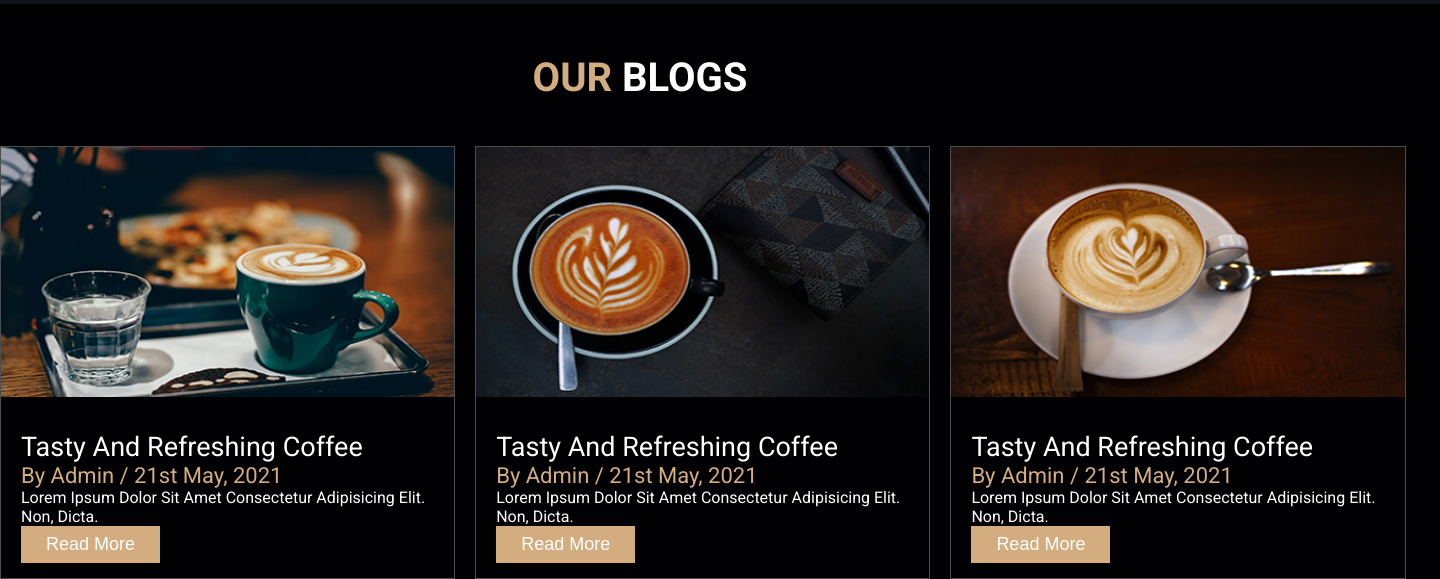
Repository: Dinhthai303/DinhThai
Page: index.html
The author's editor kept a copy of each file at every save. The page is drawn from the files as they stood at one save, then again after the next save.
The browser window is 1280 px wide. The page is 1440 px wide, so the pictures cover 1440 px, including what lies to the right of the window. The pictures show the part of the page from y = 4258 to 4837 px (the page is 4837 px tall before and 4836 px after).

Above is the page before, as saved 2021-11-28 01:39:59.

### index.html
<!DOCTYPE html>
<html lang="en">

<head>
    <meta charset="UTF-8">
    <meta http-equiv="X-UA-Compatible" content="IE=edge">
    <meta name="viewport" content="width=device-width, initial-scale=1.0">
    <title>Document</title>
    <!-- FONT AWESOME -->
    <link rel="stylesheet" href="https://cdnjs.cloudflare.com/ajax/libs/font-awesome/6.0.0-beta3/css/all.min.css"
        integrity="sha512-Fo3rlrZj/k7ujTnHg4CGR2D7kSs0v4LLanw2qksYuRlEzO+tcaEPQogQ0KaoGN26/zrn20ImR1DfuLWnOo7aBA=="
        crossorigin="anonymous" referrerpolicy="no-referrer" />
    <!-- GOOLE FONT -->
    <link rel="preconnect" href="https://fonts.googleapis.com">
    <link rel="preconnect" href="https://fonts.gstatic.com" crossorigin>
    <link href="https://fonts.googleapis.com/css2?family=Roboto:wght@300;400;500;700&display=swap" rel="stylesheet">
    <!-- MAIN CSS -->
    <link rel="stylesheet" href="./css/style.css">
</head>

<body>
    <header class="header">
        <div class="container">
            <div class="header__content">
                <div class="header__logo">
                    <img src="./images/logo.png" alt="">
                </div>
                <ul class="header__menu">
                    <li class="header__item"><a class="header__link" href="#">Home</a></li>
                    <li class="header__item"><a class="header__link" href="#">About</a></li>
                    <li class="header__item"><a class="header__link" href="#">Menu</a></li>
                    <li class="header__item"><a class="header__link" href="#">Product</a></li>
                    <li class="header__item"><a class="header__link" href="#">Review</a></li>
                    <li class="header__item"><a class="header__link" href="#">Contact</a></li>
                    <li class="header__item"><a class="header__link" href="#">Blog</a></li>
                </ul>
                <div class="header__icon">
                    <i class="fa fa-search"></i>
                    <i class="fa fa-shopping-cart"></i>
                </div>
            </div>
        </div>
    </header>
    <section class="banner">
        <div class="banner__content">
            <img class="banner__image" src="./images/home-img.jpeg" alt="">
            <div class="banner__text">
                <h3 class="banner__title">FRESH COFFEE IN THE MORNING</h3>
                <p class="banner__desc">Lorem Ipsum, Dolor Sit Amet Consectetur Adipisicing Elit. Placeat Labore, Sint
                    Cupiditate Distinctio Tempora Reiciendis.</p>
                <button class="btn">Get Your now</button>
            </div>
        </div>
    </section>
    <section class="about">
        <h2 class="heading">About <span>us</span></h2>
        <div class="container">
            <div class="about__content">
                <div class="about__left">
                    <img class="about__image" src="./images/about-img.jpeg" alt="">
                </div>
                <div class="about__right">
                    <div class="about__text">
                        <h2 class="about__title">What Makes Our Coffee Special?</h2>
                        <p class="about__desc">Lorem Ipsum Dolor Sit Amet Consectetur Adipisicing Elit. Voluptatibus Qui
                            Ea Ullam, Enim Tempora Ipsum Fuga Alias Quae Ratione A Officiis Id Temporibus Autem? Quod
                            Nemo Facilis Cupiditate. Ex, Vel?</p>
                        <p class="about__desc">Lorem Ipsum Dolor Sit Amet Consectetur, Adipisicing Elit. Odit Amet Enim
                            Quod Veritatis, Nihil Voluptas Culpa! Neque Consectetur Obcaecati Sapiente?</p>
                        <button class="btn about__button">Learn More</button>
                    </div>
                </div>
            </div>
        </div>
    </section>
    <section class="menu">
        <h2 class="heading"><span>our</span> menu</h2>
        <div class="container">
            <div class="menu__content">
                <div class="menu__item">
                    <div class="menu__text">
                        <img src="./images/menu-1.png" alt="" class="menu__img">
                        <h3 class="menu__title">Tasty And Healty
                        </h3>
                        <div class="menu__price price">$15.99 <span class="menu__price--old old">20.99</span></div>
                        <button class="btn menu__button">Add To Cart</button>
                    </div>
                </div>
                <div class="menu__item">
                    <div class="menu__text">
                        <img src="./images/menu-2.png" alt="" class="menu__img">
                        <h3 class="menu__title">Tasty And Healty
                        </h3>
                        <div class="menu__price price">$15.99 <span class="menu__price--old old">20.99</span></div>
                        <button class="btn menu__button">Add To Cart</button>
                    </div>
                </div>
                <div class="menu__item">
                    <div class="menu__text">
                        <img src="./images/menu-3.png" alt="" class="menu__img">
                        <h3 class="menu__title">Tasty And Healty
                        </h3>
                        <div class="menu__price price">$15.99 <span class="menu__price--old old">20.99</span></div>
                        <button class="btn menu__button">Add To Cart</button>
                    </div>
                </div>
                <div class="menu__item">
                    <div class="menu__text">
                        <img src="./images/menu-4.png" alt="" class="menu__img">
                        <h3 class="menu__title">Tasty And Healty
                        </h3>
                        <div class="menu__price price">$15.99 <span class="menu__price--old price">20.99</span></div>
                        <button class="btn menu__button">Add To Cart</button>
                    </div>
                </div>
                <div class="menu__item">
                    <div class="menu__text">
                        <img src="./images/menu-5.png" alt="" class="menu__img">
                        <h3 class="menu__title">Tasty And Healty
                        </h3>
                        <div class="menu__price price">$15.99 <span class="menu__price--old old">20.99</span></div>
                        <button class="btn menu__button">Add To Cart</button>
                    </div>
                </div>
                <div class="menu__item">
                    <div class="menu__text">
                        <img src="./images/menu-6.png" alt="" class="menu__img">
                        <h3 class="menu__title">Tasty And Healty
                        </h3>
                        <div class="menu__price price">$15.99 <span class="menu__price--old old">20.99</span></div>
                        <button class="btn menu__button">Add To Cart</button>
                    </div>
                </div>
            </div>
        </div>
    </section>
    <section class="products">
        <h2 class="heading"><span>OUR</span> PRODUCTS</h2>
        <div class="container">
            <div class="products__content">
                <div class="products__item">
                    <div class="products__social">
                        <i class="fa fa-shopping-cart"></i>
                        <i class="fa fa-heart"></i>
                        <i class="fa fa-eye"></i>
                    </div>
                    <div class="products__img">
                        <img src="./images/product-2.png" alt="">
                    </div>
                    <h3 class="products__title">Fresh Coffee</h3>
                    <div class="star">
                        <i class="fa fa-star"></i>
                        <i class="fa fa-star"></i>
                        <i class="fa fa-star"></i>
                        <i class="fa fa-star"></i>
                        <i class="fa fa-star-half-alt"></i>
                    </div>
                    <div class="price">$15.99 <span class="old">20.99</span></div>
                </div>
                <div class="products__item">
                    <div class="products__social">
                        <i class="fa fa-shopping-cart"></i>
                        <i class="fa fa-heart"></i>
                        <i class="fa fa-eye"></i>
                    </div>
                    <div class="products__img">
                        <img src="./images/product-3.png" alt="">
                    </div>
                    <h3 class="products__title">Fresh Coffee</h3>
                    <div class="star">
                        <i class="fa fa-star"></i>
                        <i class="fa fa-star"></i>
                        <i class="fa fa-star"></i>
                        <i class="fa fa-star"></i>
                        <i class="fa fa-star-half-alt"></i>
                    </div>
                    <div class="price">$15.99 <span class="old">20.99</span></div>
                </div>
                <div class="products__item">
                    <div class="products__social">
                        <i class="fa fa-shopping-cart"></i>
                        <i class="fa fa-heart"></i>
                        <i class="fa fa-eye"></i>
                    </div>
                    <div class="products__img">
                        <img src="./images/product-1.png" alt="">
                    </div>
                    <h3 class="products__title">Fresh Coffee</h3>
                    <div class="star">
                        <i class="fa fa-star"></i>
                        <i class="fa fa-star"></i>
                        <i class="fa fa-star"></i>
                        <i class="fa fa-star"></i>
                        <i class="fa fa-star-half-alt"></i>
                    </div>
                    <div class="price">$15.99 <span class="old">20.99</span></div>
                </div>
            </div>
        </div>
    </section>
    <section class="review">
        <h2 class="heading"><span>CUSTOMER'S</span> REVIEW</h2>
        <div class="container">
            <div class="review__content">
                <div class="review__item">
                    <img src="./images/quote-img.png" alt="" class="review__top">
                    <p class="review__desc">Lorem Ipsum Dolor Sit Amet Consectetur Adipisicing Elit. Animi Nulla Sit
                        Libero Nemo Fuga Sequi Nobis? Necessitatibus Aut Laborum, Nisi Quas Eaque Laudantium
                        Consequuntur Iste Ex Aliquam Minus Vel? Nemo.</p>
                    <img src="./images/pic-1.png" alt="" class="review__avatar">
                    <h3 class="review__author">John Deo
                    </h3>
                    <div class="star">
                        <i class="fa fa-star"></i>
                        <i class="fa fa-star"></i>
                        <i class="fa fa-star"></i>
                        <i class="fa fa-star"></i>
                        <i class="fa fa-star-half-alt"></i>
                    </div>
                </div>
                <div class="review__item">
                    <img src="./images/quote-img.png" alt="" class="review__top">
                    <p class="review__desc">Lorem Ipsum Dolor Sit Amet Consectetur Adipisicing Elit. Animi Nulla Sit
                        Libero Nemo Fuga Sequi Nobis? Necessitatibus Aut Laborum, Nisi Quas Eaque Laudantium
                        Consequuntur Iste Ex Aliquam Minus Vel? Nemo.</p>
                    <img src="./images/pic-2.png" alt="" class="review__avatar">
                    <h3 class="review__author">John Deo
                    </h3>
                    <div class="star">
                        <i class="fa fa-star"></i>
                        <i class="fa fa-star"></i>
                        <i class="fa fa-star"></i>
                        <i class="fa fa-star"></i>
                        <i class="fa fa-star-half-alt"></i>
                    </div>
                </div>
                <div class="review__item">
                    <img src="./images/quote-img.png" alt="" class="review__top">
                    <p class="review__desc">Lorem Ipsum Dolor Sit Amet Consectetur Adipisicing Elit. Animi Nulla Sit
                        Libero Nemo Fuga Sequi Nobis? Necessitatibus Aut Laborum, Nisi Quas Eaque Laudantium
                        Consequuntur Iste Ex Aliquam Minus Vel? Nemo.</p>
                    <img src="./images/pic-3.png" alt="" class="review__avatar">
                    <h3 class="review__author">John Deo
                    </h3>
                    <div class="star">
                        <i class="fa fa-star"></i>
                        <i class="fa fa-star"></i>
                        <i class="fa fa-star"></i>
                        <i class="fa fa-star"></i>
                        <i class="fa fa-star-half-alt"></i>
                    </div>
                </div>
            </div>
        </div>
    </section>
    <section class="contact">
        <h2 class="heading">CONTACT <span>US</span></h2>
        <div class="container">
            <div class="contact__content">
                <div class="contact__map">
                    <iframe
                        src="https://www.google.com/maps/embed?pb=!1m18!1m12!1m3!1d3919.5668037483!2d106.68553171533858!3d10.767831062295425!2m3!1f0!2f0!3f0!3m2!1i1024!2i768!4f13.1!3m3!1m2!1s0x31752f18039575d7%3A0x3f90b2c941faeed4!2sFPT-APTECH!5e0!3m2!1svi!2s!4v1638037058853!5m2!1svi!2s"
                        width="600" height="450" style="border:0;" allowfullscreen="" loading="lazy"></iframe>
                </div>
                <div class="contact__right">
                    <div class="contact__box">
                        <h2 class="heading contact__"><span>GET IN TOUCH
                            </span></h2>
                        <div class="contact__input">
                            <i class="fa fa-user"></i>
                            <input type="text" placeholder="Name">
                        </div>
                        <div class="contact__input">
                            <i class="fa fa-envelope"></i>
                            <input type="text" placeholder="Email">
                        </div>
                        <div class="contact__input">
                            <i class="fa fa-phone"></i>
                            <input type="text" placeholder="Number">
                        </div>
                        <div class="contact__button">
                            <button class="btn">Contact Now</button>
                        </div>
                    </div>
                </div>
            </div>
        </div>
    </section>
    <section class="blog">
        <h2 class="heading">OUR <span>BLOGS</span></h2>
        <div class="container">
            <div class="blog__content">
                <div class="blog__item">
                    <img src="./images/blog-1.jpeg" alt="" class="blog__img">
                    <div class="blog__text">
                        <h3 class="blog__title">Tasty And Refreshing Coffee</h3>
                        <span class="blog__time">By Admin / 21st May, 2021</span>
                        <p class="blog__desc">Lorem Ipsum Dolor Sit Amet Consectetur Adipisicing Elit. Non, Dicta.</p>
                        <button class="btn blog__button">Read More</button>
                    </div>
                </div>
                <div class="blog__item">
                    <img src="./images/blog-2.jpeg" alt="" class="blog__img">
                    <div class="blog__text">
                        <h3 class="blog__title">Tasty And Refreshing Coffee</h3>
                        <span class="blog__time">By Admin / 21st May, 2021</span>
                        <p class="blog__desc">Lorem Ipsum Dolor Sit Amet Consectetur Adipisicing Elit. Non, Dicta.</p>
                        <button class="btn blog__button">Read More</button>
                    </div>
                </div>
                <div class="blog__item">
                    <img src="./images/blog-3.jpeg" alt="" class="blog__img">
                    <div class="blog__text">
                        <h3 class="blog__title">Tasty And Refreshing Coffee</h3>
                        <span class="blog__time">By Admin / 21st May, 2021</span>
                        <p class="blog__desc">Lorem Ipsum Dolor Sit Amet Consectetur Adipisicing Elit. Non, Dicta.</p>
                        <button class="btn blog__button">Read More</button>
                    </div>
                </div>
            </div>
        </div>
    </section>
    <footer class="footer"></footer>
</body>

</html>

### css/style.css
*{
    margin: 0;
    padding: 0;
    box-sizing: border-box;
}
body{
    font-family: 'Roboto', sans-serif;
    background-color: #010103;
    font-weight: 400;
    color: white;
}
.heading{
    color: #D3AD7F;
    text-transform: uppercase;
    font-size: 40px;
    text-align: center;
    margin-bottom: 45px;
    margin-top: 50px;
}
.heading span{
    color: white;
}
.container{
    width: 1440px;
    margin: 0 auto;
}
.header{
    background-color: #010103;
    border-bottom: 1px solid #4D4E4F;
}
.header__content{
    display: flex;
    justify-content: space-between;
    align-items: center;
    background-color: #010103;
    padding: 15px 0;
}
.header__menu{
    display: flex;
    list-style: none;
    gap: 20px;
}
.header__item:hover .header__link{
    color: #D3AD7F;
}
.header__item:hover .header__link::after{
    opacity: 1;
    transform: translateY(7px);
}
.header__link::after{
    content: "";
    width: 100%;
    height: 2px;
    position: absolute;
    left: 0;
    bottom: 0;
    background-color: #D3AD7F;
    transition: all .5s;
    opacity: 0;
}
.header__link{
    position: relative;
    color: white;
    text-decoration: none;
}
.header__icon i{
    color: white;
    font-size: 23px;
    margin: 0 10px;
    cursor: pointer;
}
.header__icon i:hover{
    color: #D3AD7F;
}
.header__logo img{
    width: 70px;
}
.banner__content{
    position: relative;
    width: 100%;
    height: 850px;
}
.banner__image{
    width: 100%;
    height: 100%;
    object-fit: cover;
}
.banner__text{
    position: absolute;
    top: 50%;
    left: 120px;
    transform: translateY(-50%);
    width: 570px;
}
.banner__title{
    font-size: 58px;
    color: white;
}
.banner__desc{
    font-size: 20px;
    color: rgb(238, 238, 238);
    font-weight: lighter;
    line-height: 1.8;
    margin: 20px 0;
}
.btn{
    background-color: #D3AD7F;
    border: none;
    color: white;
    padding: 8px 25px;
    font-size: 18px;
    cursor: pointer;
    transition: all .25s;
}
.btn:hover{
    letter-spacing: 1px;
}
.menu__text{
    width: 300px;
}
.menu__item:hover{
    background-color: white;
}
.menu__item:hover *{
    color: black;
}
.about__image{
    width: 100%;
    display: block;
}
.about__left, .about__right{
    width: 50%;
}
.about__content{
    display: flex;
}
.about__title{
    color: white;
    font-size: 30px;
}
.about__right{
    display: flex;
    align-items: center;
}
.about__desc{
    color: rgb(238, 238, 238);
    margin-top: 10px;
    line-height: 1.8;
}
.about__button{
    margin-top: 25px;
}
.about__text{
    margin-left: 20px;
}
.menu__content{
    display: flex;
    flex-wrap: wrap;
    gap: 15px;
}
.menu__item{
    width: calc(25% - 15px);
    border: 1px solid #4D4E4F;
    height: 335px;
    text-align: center;
    display: flex;
    justify-content: center;
    align-items: center;
    transition: all .25s;
}
.menu__title{
    color: white;
    margin-top: 20px;
}
.price{
    color: white;
    font-size: 25px;
    margin: 20px 0;
}
.old{
    color: rgb(238, 238, 238);
    text-decoration: line-through;
    font-size: 15px;
}
.products__content{
    display: flex;
    gap: 20px;
}
.products__item{
    width: calc(33% - 20px);
    border: 1px solid #4D4E4F;
    text-align: center;
    padding: 25px 0;
}
.products__title{
    color: white;
    margin-top: 20px;
    font-size: 25px;
}
.products__social{
    margin-bottom: 25px;
}
.products__social i:hover {
    background-color: #D3AD7F;
}
.products__social i {
    color: white;
    padding: 10px 10px;
    border: 1px solid #4D4E4F;
    font-size: 18px;
    margin: 0 1px;
    cursor: pointer;
}
.star {
    color: #D3AD7F;
    margin-top: 15px;
}
.review__content{
    display: flex;
    gap: 25px;
}
.review__item{
    width: calc(33% - 25px);
    border: 1px solid #4D4E4F;
    text-align: center;
    padding: 30px 25px;
}
.review__desc{
    color: rgb(238, 238, 238);
    line-height: 1.8;
    margin: 25px 0;
}
.review__avatar{
    border-radius: 50%;
    width: 70px;
    margin-bottom: 15px;
}
.contact__content{
    display: flex;
    gap: 30px;
    padding-right: 20px;
    background-color: #13131A;
}
.contact__map{
    width: 50%;
}
.contact__map iframe{
    width: 100%;
}
.contact__right{
    display: flex;
    align-items: center;
    width: 50%;
}
.contact__box{
    width: 100%;
}
.contact__input{
    height: 60px;
    width: 100%;
    border: 1px solid #4D4E4F;
    display: flex;align-items: center;
    padding: 0 20px;
    margin-bottom: 25px;
}
.contact__input input{
    background-color: transparent;
    border: none;
    margin-left: 20px;
    width: 100%;
    height: 22px;
    color: white;
    font-size: 20px;
}
.contact__input input:focus{
    outline: none;
}
.contact__input input::placeholder{
    font-size: 18px;
}
.contact__input i {
    font-size: 23px;
}
.contact__button{
    text-align: center;
}
.blog__content{
    display: flex;
    gap: 20px;
}
.blog__item{
    width: calc(33% - 20px);
    border: 1px solid #4D4E4F;
}
.blog__img{
    width: 100%;
    height: 250px;
}
.blog__text{
    padding: 30px 20px 15px;
}
.blog__title{
    font-size: 27px;
    font-weight: 400;
}
.blog__time{
    color: #D3AD7F;
    font-size: 22px;
}

After the next save:
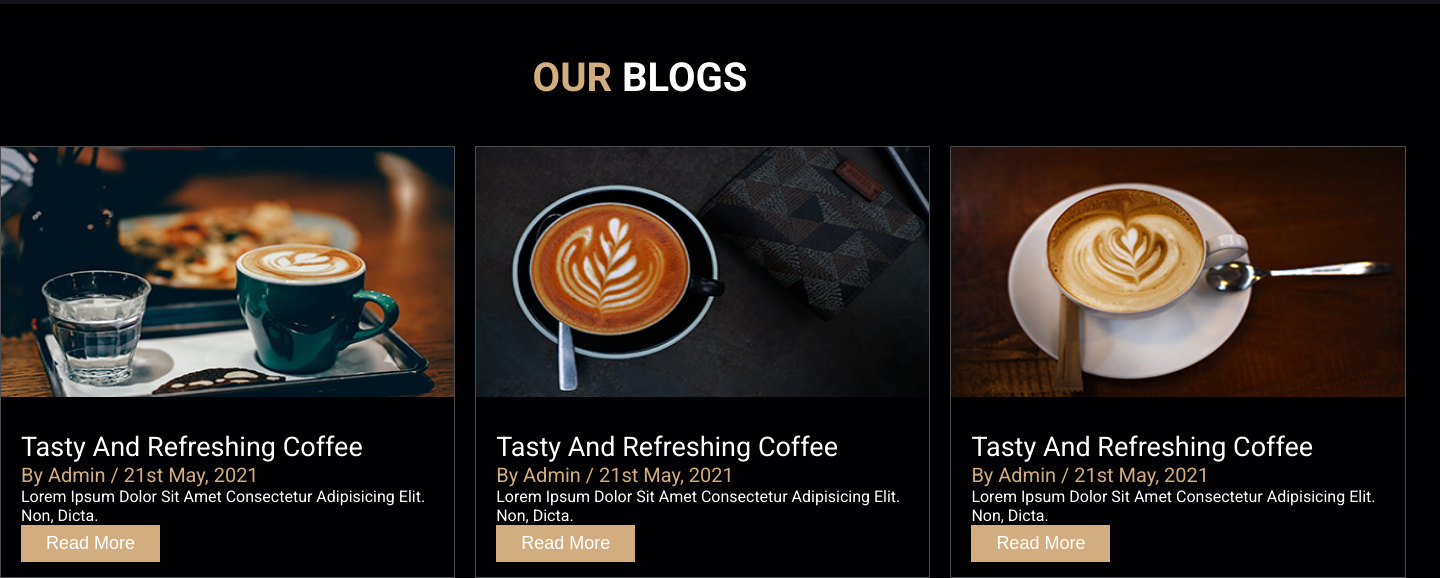
Saved 7 s later.
--- a/css/style.css
+++ b/css/style.css
@@ -305,5 +305,5 @@ body{
 }
 .blog__time{
     color: #D3AD7F;
-    font-size: 22px;
-}
+    font-size: 20px;
+}
